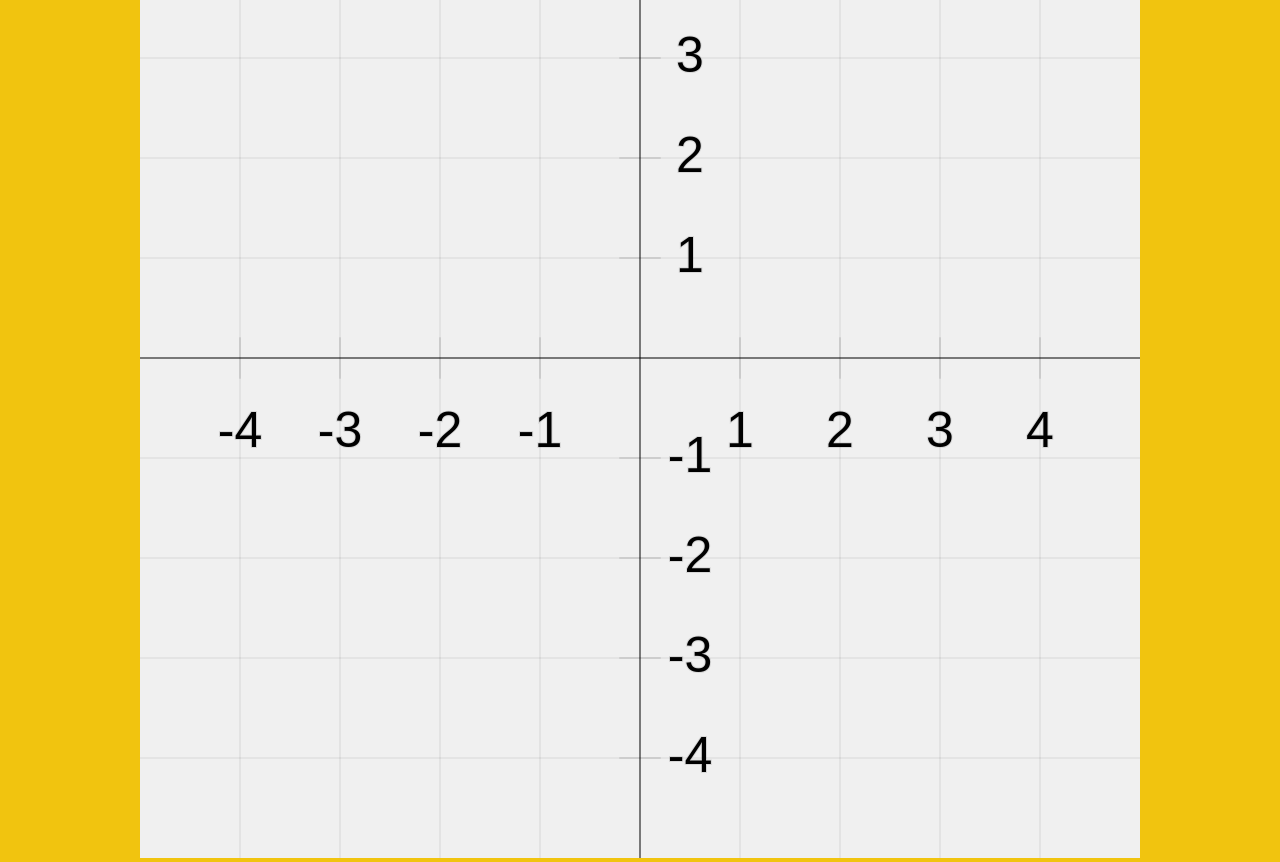
Repository: animarcus/graphing-app
Page: index.html
An editor plug-in stored every save of this project. The page is shown before and after the next save, followed by the edit.
The browser window is 1280 px wide. The pictures show the whole page.
Some web libraries are served in a nearby version.

Above is the page before, as saved 2020-09-26 19:59:47.

After the next save:
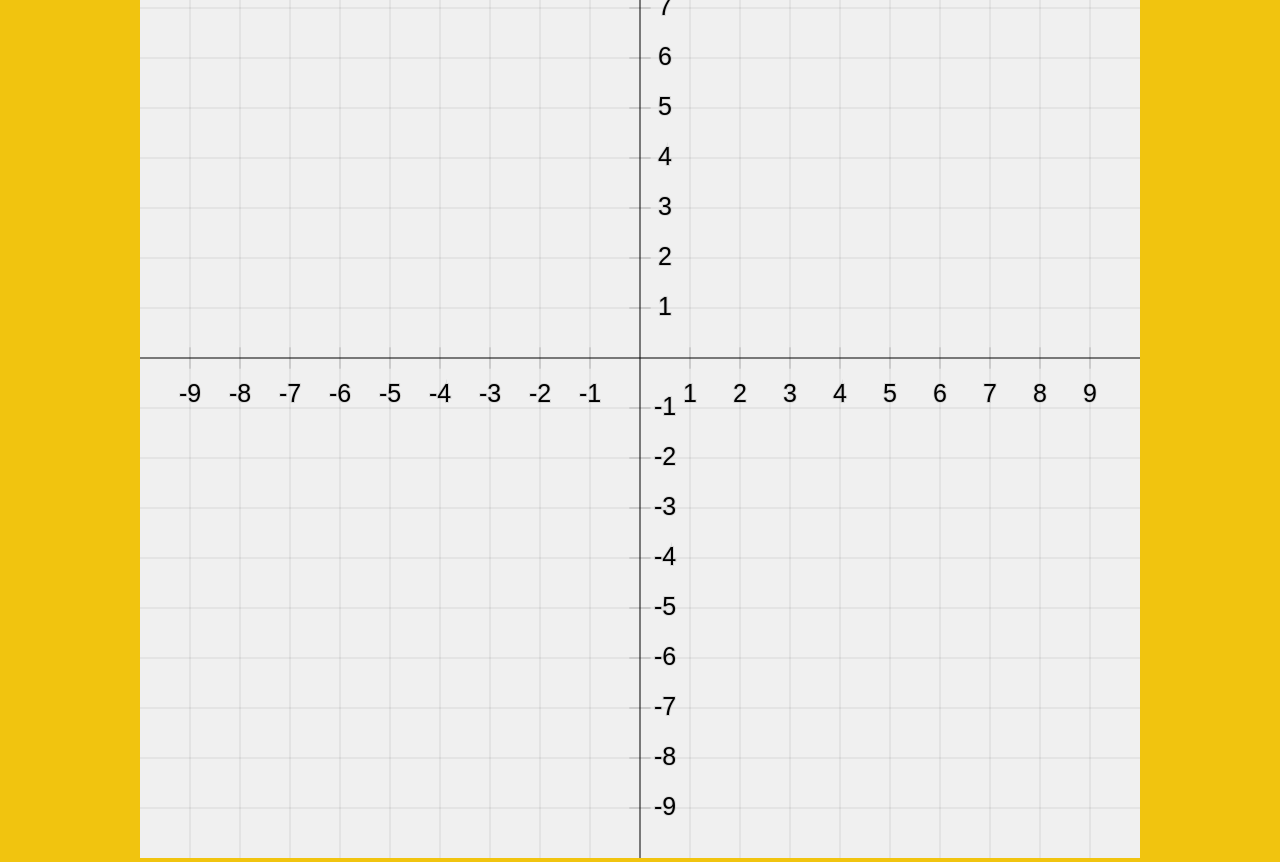
Saved 33 s later.
--- a/js/sketch.js
+++ b/js/sketch.js
@@ -1,7 +1,7 @@
 
 let canvasW = 1000;
 let canvasH = 1000;
-let cellW = 100;
+let cellW = 50;
 
 function setup() {
   let canvas = createCanvas(canvasW,canvasH);
